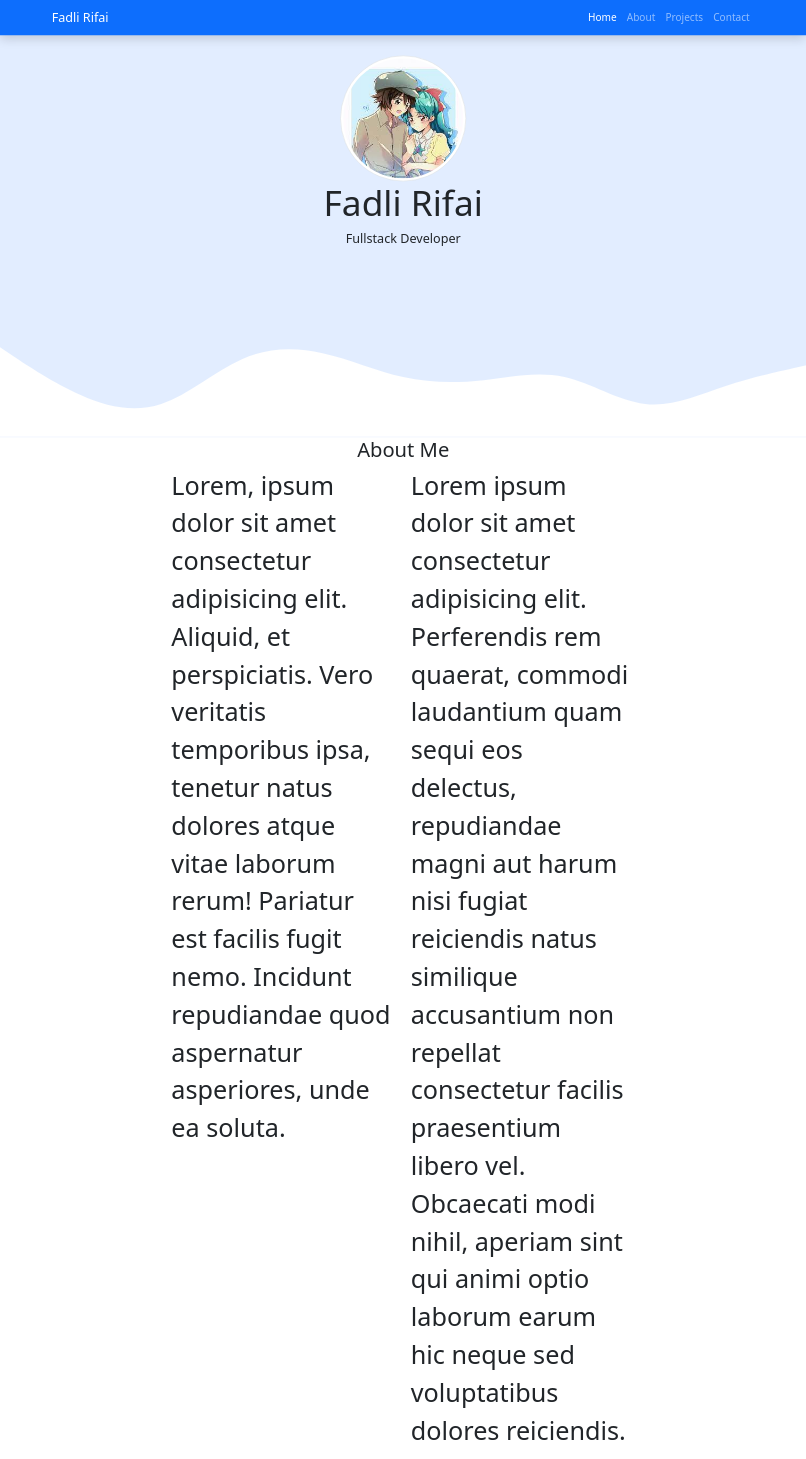
Repository: fadlyyy/fadli-dev.github.io
Page: index.html
The author's editor kept a copy of each file at every save. The page is drawn from the files as they stood at one save, then again after the next save.
The browser window is 1280 px wide. The pictures show the whole page, at 63% of full size.

Above is the page before, as saved 2024-01-19 10:40:14.

### index.html
<!DOCTYPE html>
<html lang="en">
  <head>
    <meta charset="utf-8" />
    <meta name="viewport" content="width=device-width, initial-scale=1" />
    <title>Bootstrap demo</title>
    <link href="https://cdn.jsdelivr.net/npm/bootstrap@5.2.3/dist/css/bootstrap.min.css" rel="stylesheet" integrity="sha384-rbsA2VBKQhggwzxH7pPCaAqO46MgnOM80zW1RWuH61DGLwZJEdK2Kadq2F9CUG65" crossorigin="anonymous" />
    <link rel="stylesheet" href="style.css" />
  </head>
  <body>
    <!-- Navbar -->
    <nav class="navbar navbar-expand-lg navbar-dark bg-primary shadow">
      <div class="container">
        <a class="navbar-brand" href="#">Fadli Rifai</a>
        <button class="navbar-toggler" type="button" data-bs-toggle="collapse" data-bs-target="#navbarNav" aria-controls="navbarNav" aria-expanded="false" aria-label="Toggle navigation">
          <span class="navbar-toggler-icon"></span>
        </button>
        <div class="collapse navbar-collapse" id="navbarNav">
          <ul class="navbar-nav ms-auto">
            <li class="nav-item">
              <a class="nav-link active" aria-current="page" href="#">Home</a>
            </li>
            <li class="nav-item">
              <a class="nav-link" href="#">About</a>
            </li>
            <li class="nav-item">
              <a class="nav-link" href="#">Projects</a>
            </li>
            <li class="nav-item">
              <a class="nav-link" href="#">Contact</a>
            </li>
          </ul>
        </div>
      </div>
    </nav>
    <!-- Navbar End -->

    <!-- Jumbotron -->
    <section class="jumbotron text-center">
      <img class="rounded-circle img-thumbnail" src="img/images.jpeg" alt="" width="200" />
      <h1 class="display-4">Fadli Rifai</h1>
      <p class="lead">Fullstack Developer</p>
      <svg xmlns="http://www.w3.org/2000/svg" viewBox="0 0 1440 320">
        <path
          fill="#ffffff"
          fill-opacity="1"
          d="M0,160L24,176C48,192,96,224,144,245.3C192,267,240,277,288,261.3C336,245,384,203,432,181.3C480,160,528,160,576,170.7C624,181,672,203,720,213.3C768,224,816,224,864,218.7C912,213,960,203,1008,213.3C1056,224,1104,256,1152,261.3C1200,267,1248,245,1296,229.3C1344,213,1392,203,1416,197.3L1440,192L1440,320L1416,320C1392,320,1344,320,1296,320C1248,320,1200,320,1152,320C1104,320,1056,320,1008,320C960,320,912,320,864,320C816,320,768,320,720,320C672,320,624,320,576,320C528,320,480,320,432,320C384,320,336,320,288,320C240,320,192,320,144,320C96,320,48,320,24,320L0,320Z"
        ></path>
      </svg>
    </section>
    <!-- Jumbotron End -->

    <!-- About -->
    <section id="about">
      <div class="container">
        <div class="row text-center">
          <div class="col">
            <h2>About Me</h2>
          </div>
        </div>
        <div class="row justify-content-center fs-1">
          <div class="col-4">
            <p>
              Lorem, ipsum dolor sit amet consectetur adipisicing elit. Aliquid, et perspiciatis. Vero veritatis temporibus ipsa, tenetur natus dolores atque vitae laborum rerum! Pariatur est facilis fugit nemo. Incidunt repudiandae quod
              aspernatur asperiores, unde ea soluta.
            </p>
          </div>
          <div class="col-4">
            <p>
              Lorem ipsum dolor sit amet consectetur adipisicing elit. Perferendis rem quaerat, commodi laudantium quam sequi eos delectus, repudiandae magni aut harum nisi fugiat reiciendis natus similique accusantium non repellat
              consectetur facilis praesentium libero vel. Obcaecati modi nihil, aperiam sint qui animi optio laborum earum hic neque sed voluptatibus dolores reiciendis.
            </p>
          </div>
        </div>
      </div>
    </section>
    <!-- About End -->

    <script src="https://cdn.jsdelivr.net/npm/bootstrap@5.2.3/dist/js/bootstrap.bundle.min.js" integrity="sha384-kenU1KFdBIe4zVF0s0G1M5b4hcpxyD9F7jL+jjXkk+Q2h455rYXK/7HAuoJl+0I4" crossorigin="anonymous"></script>
  </body>
</html>

### style.css
body {
  min-height: 2000px;
}

.jumbotron {
  padding-top: 2rem;
  background-color: #e2edff;
}

After the next save:
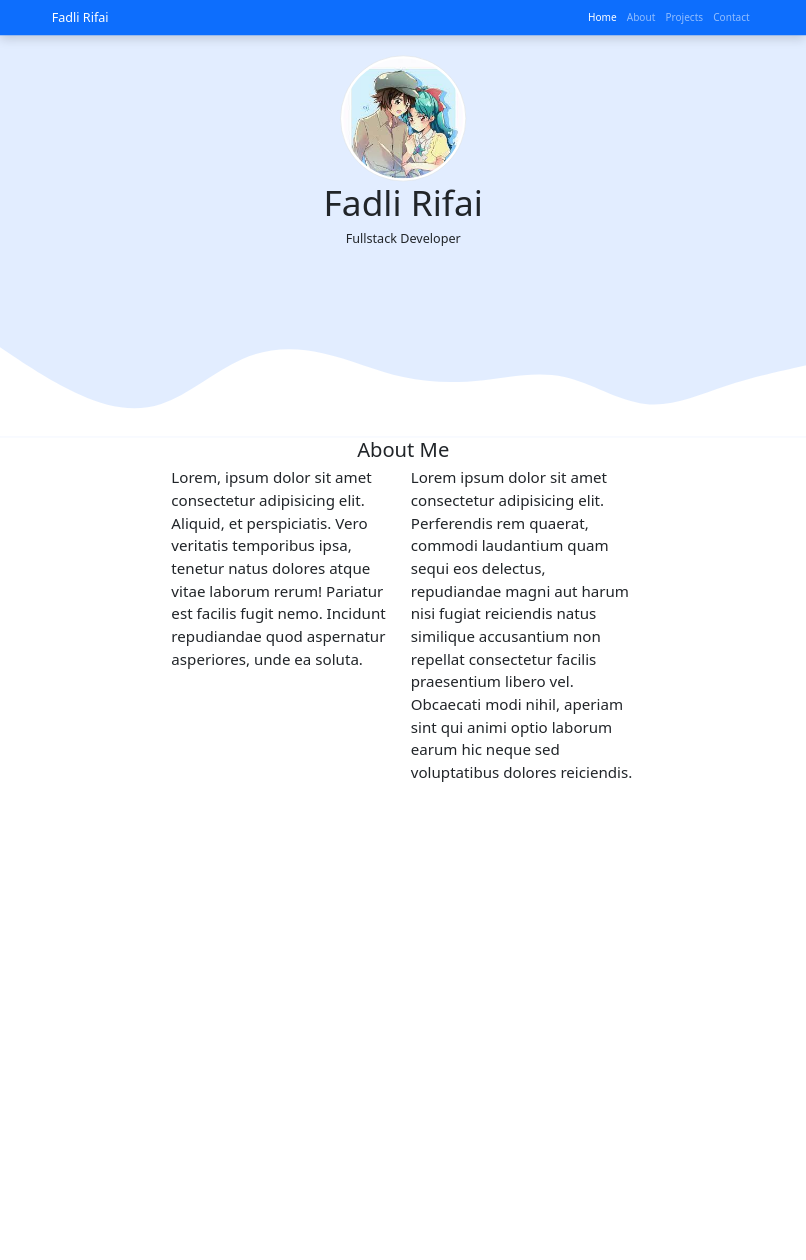
Saved 5 s later.
--- a/index.html
+++ b/index.html
@@ -58,7 +58,7 @@
             <h2>About Me</h2>
           </div>
         </div>
-        <div class="row justify-content-center fs-1">
+        <div class="row justify-content-center fs-4">
           <div class="col-4">
             <p>
               Lorem, ipsum dolor sit amet consectetur adipisicing elit. Aliquid, et perspiciatis. Vero veritatis temporibus ipsa, tenetur natus dolores atque vitae laborum rerum! Pariatur est facilis fugit nemo. Incidunt repudiandae quod
